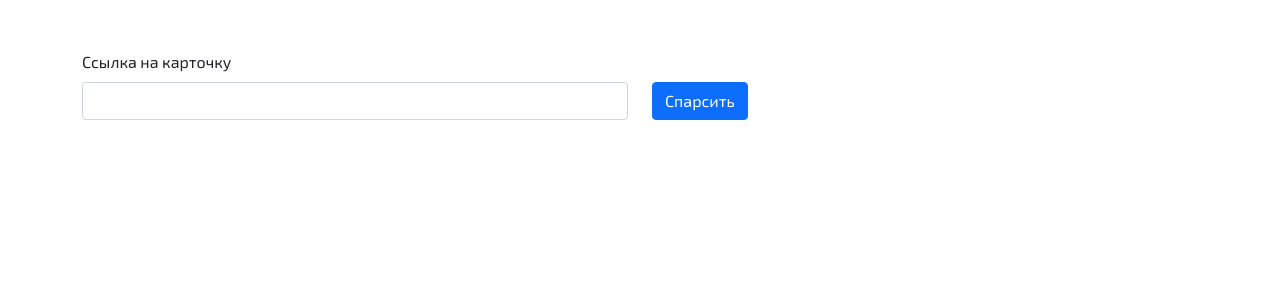
Repository: yozuul/wildberries-product-card-parser-api-exchange
Page: public/index.html
These files come from the project's save history. The page is drawn as it stood at one moment and after a run of saves; the edit follows.
The browser window is 1280 px wide. The pictures show the whole page.

Above is the page before, as saved 2021-08-18 19:48:26.

### public/index.html
<!DOCTYPE html>
<html lang="en">

<head>
   <meta charset="UTF-8">
   <meta http-equiv="X-UA-Compatible" content="IE=edge">
   <meta name="viewport" content="width=device-width, initial-scale=1.0">
   <title>Document</title>
   <link href="https://cdn.jsdelivr.net/npm/bootstrap@5.1.0/dist/css/bootstrap.min.css" rel="stylesheet" integrity="sha384-KyZXEAg3QhqLMpG8r+8fhAXLRk2vvoC2f3B09zVXn8CA5QIVfZOJ3BCsw2P0p/We" crossorigin="anonymous">
   <link rel="stylesheet" href="style.css">

</head>

<body>
   <div class="container">
      <form class="row parser_form_wrapper align-items-end">
            <div class="mb-3 col-6">
               <label for="cardProductURL" class="form-label">Ссылка на карточку</label>
               <input type="text" class="form-control" id="cardProductURL">
            </div>
            <div class="mb-3 col-2">
               <button type="submit" class="btn btn-primary flex">Спарсить</button>
            </div>

          </form>
      </div>
      <!-- <div class="col">
         <h3>Парсер</h3>
         <form name="parseForm">
            <label for="exampleFormControlInput1" class="form-label">Ссылка на карточку</label>
            <input class="form-control form-control-lg" type="text" id="cardURL">
            <button id="parseData">Спарсить</button>
         </form>
      </div> -->
      <!-- <div class="row">
        <div class="col">
          Column
        </div>
        <div class="col">
          Column
        </div>
      </div>
    </div>

    <form class="container">
       <div class="row">
         <label for="exampleInputEmail1" class="form-label">Email address</label>
         <input type="email" class="form-control" id="exampleInputEmail1" aria-describedby="emailHelp">
         <div id="emailHelp" class="form-text">We'll never share your email with anyone else.</div>
       </div>
       <div class="mb-3">
         <label for="exampleInputPassword1" class="form-label">Password</label>
         <input type="password" class="form-control" id="exampleInputPassword1">
       </div>
       <div class="mb-3 form-check">
         <input type="checkbox" class="form-check-input" id="exampleCheck1">
         <label class="form-check-label" for="exampleCheck1">Check me out</label>
       </div>
       <button type="submit" class="btn btn-primary">Submit</button>

       </div>
      <div class="mb-3">
    </form> -->

   <!-- <form class="productFormWrapper">
      <div class="productFormWrapperLeft productForm">
            <h3>Данные о товаре</h3>
            <div class="inputWrapper">
               <p>Название товара</p>
               <input type="text" name="productName" id="productName">
            </div>
            <div class="inputWrapper">
               <p>Описание товара</p>
               <textarea name="productDesc" id="productDesc"></textarea>
            </div>
            <div class="inputWrapper">
               <p>Бренд</p>
               <input type="text" name="productBrand" id="productBrand">
            </div>
            <div class="inputWrapper">
               <p>Цена</p>
               <input type="text" name="productPrice" id="productPrice">
            </div>
            <div class="inputWrapper">
               <p>Изображения</p>
            </div>
      </div>
      <div class="productFormWrapperRight productForm">
         <h3>Описание и характеристики</h3>
      </div>
   </form> -->
   <script src="index.js"></script>
</body>

</html>

### public/style.css
@import url('https://fonts.googleapis.com/css2?family=Exo+2&display=swap');

* {
   font-family: 'Exo 2', sans-serif;
}

body {
   padding: 0;
   margin: 0;
}

.parser_form_wrapper {
   margin-top: 50px;
}
/* .productFormWrapper, .parseFormWrapper {
   max-width: 1200px;
   margin: auto;
   padding-top: 25px;
   padding-bottom: 25px;
}
.parseFormWrapper {
   border-bottom: 1px dotted #9999;
}
.productFormWrapper {
   display: flex;
}
.productFormWrapperLeft {
   margin-right: 50px;
}
.parseForm {
   display: flex;
   flex-wrap: wrap;
   max-width: 550px;
}
.parseForm input {
   width: 550px;
   margin-bottom: 20px;
}
.productForm {
}
.productForm input, .productForm textarea {
   width: 550px;
}
.productForm textarea {
   height: 100px;
   resize: none;
}
.parseFormWrapper p, .productFormWrapper p {
   margin-bottom: 8px;
   margin-top: 0;
}
.inputWrapper {
   margin-bottom: 15px;
} */

Loaded but not shown: index.js (no copy from this time; the picture is the same without it)

After the next 2 saves:
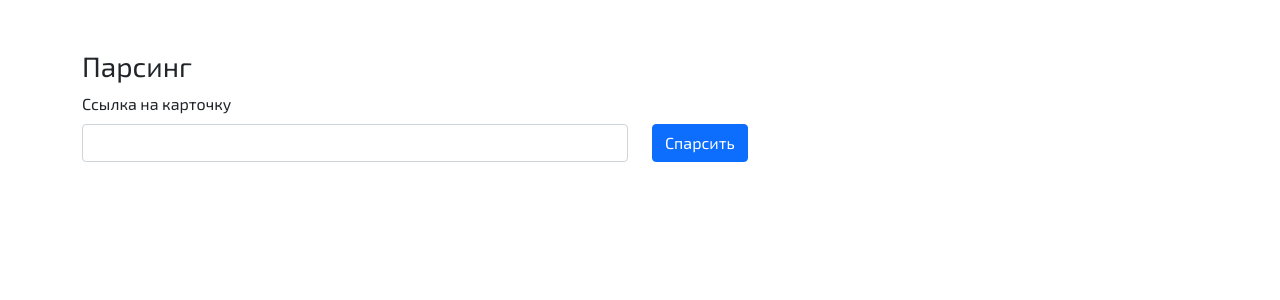
The 2 saves are shown as one change because they came seconds apart.
The last was saved 8 min 22 s later.
--- a/public/index.html
+++ b/public/index.html
@@ -15,6 +15,7 @@
    <div class="container">
       <form class="row parser_form_wrapper align-items-end">
             <div class="mb-3 col-6">
+               <h3>Парсинг</h3>
                <label for="cardProductURL" class="form-label">Ссылка на карточку</label>
                <input type="text" class="form-control" id="cardProductURL">
             </div>
